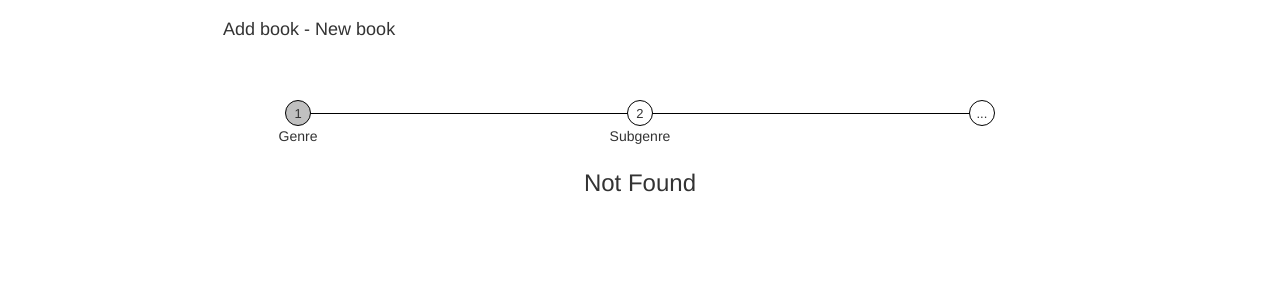
Repository: GregorPiev/angularjs-add-book
Page: index.html
These files come from the project's save history. The page is drawn as it stood at one moment and after the next save; the edit follows.
The browser window is 1280 px wide. The pictures show the whole page.

Above is the page before, as saved 2020-10-04 17:21:47.

After the next save:
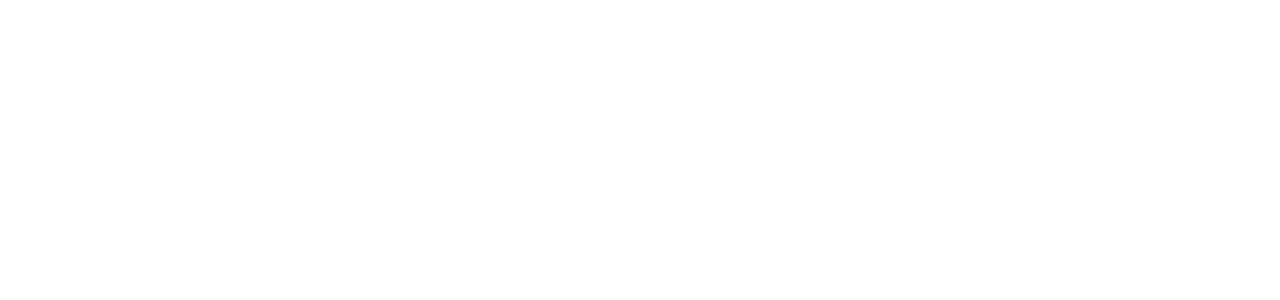
Console error (its wording comes from the project's code and is left out).
Saved 2 min 27 s later.
--- a/app/app.module.js
+++ b/app/app.module.js
@@ -7,6 +7,7 @@
     'genre',
     'subgenre',
     'addSubgenre',
+    'book',
     'addBookItem',
     'success'
 ]);

After the save that followed:
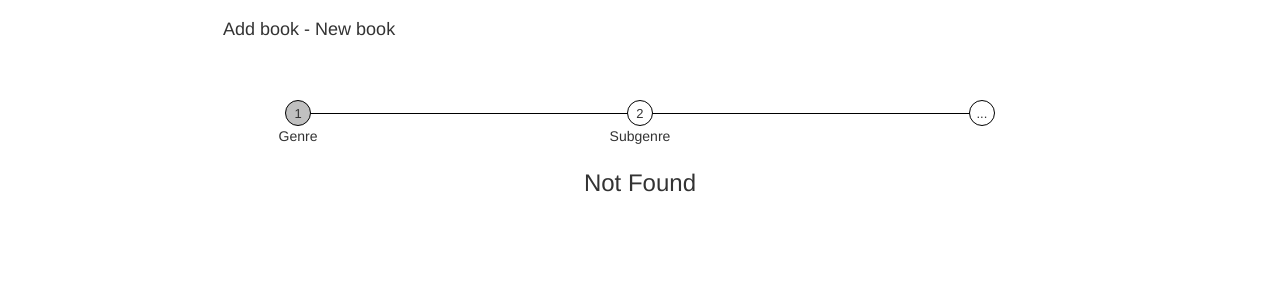
The error is gone.
Saved 2 min 44 s later.
--- a/index.html
+++ b/index.html
@@ -45,6 +45,10 @@
 		<script src="app/add-subgenre/add-subgenre.component.js"></script>
 		<script src="app/add-subgenre/component/add-subgenre.controller.js"></script>
 
+		<script src="app/book/book.module.js"></script>
+		<script src="app/book/book.component.js"></script>
+		<script src="app/book/component/book.controller.js"></script>
+
 		<script src="app/add-book/add-book.module.js"></script>
 		<script src="app/add-book/add-book.component.js"></script>
 		<script src="app/add-book/component/add-book.controller.js"></script>
